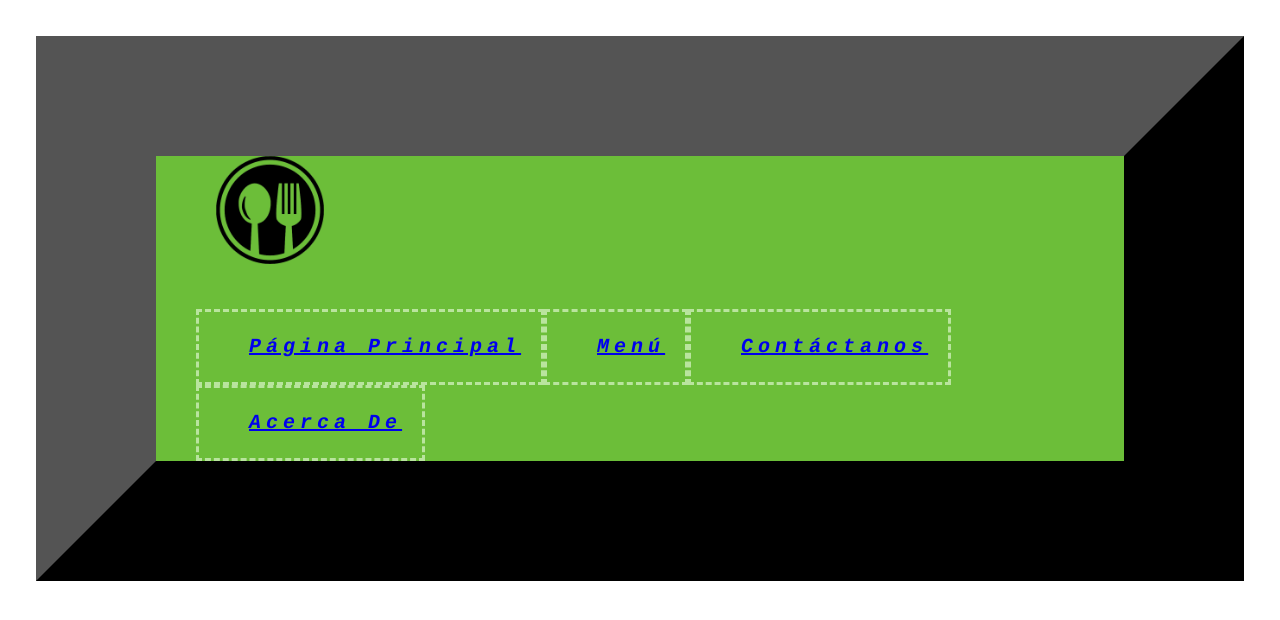
Repository: UVMCoyoacan/eq06_sitio1
Page: index.html
The author's editor kept a copy of each file at every save. The page is drawn from the files as they stood at one save, then again after the next save.
The browser window is 1280 px wide. The pictures show the whole page.

Above is the page before, as saved 2024-03-07 10:29:22.

After the next save:
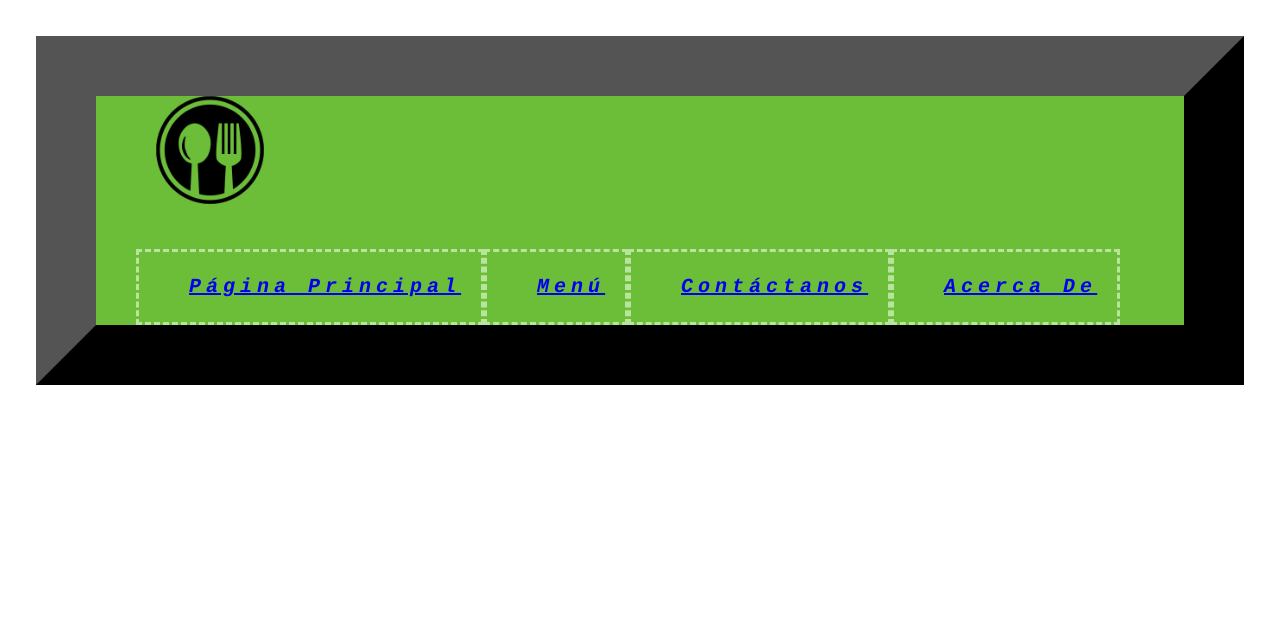
Saved 14 s later.
--- a/Carpeta estilos/estilo1.css
+++ b/Carpeta estilos/estilo1.css
@@ -25,7 +25,7 @@ header{
   text-indent:60px;
   border-style: outset;
   border-color: #000000;
-  border-width: 10ch;
+  border-width: 5ch;
 
 }
 li {
